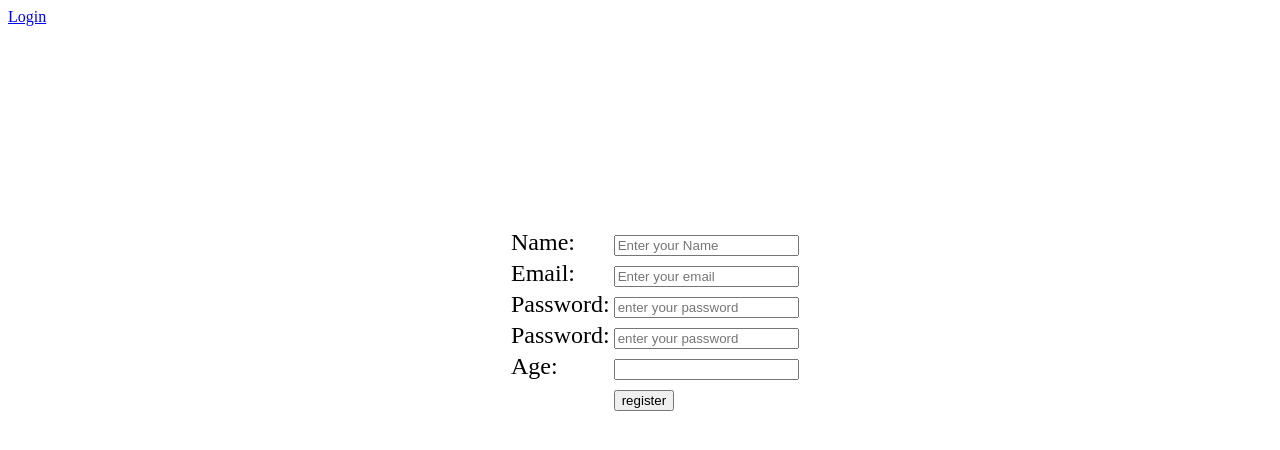
Repository: SagarPurumala/SagarPurumala_25_empwebapp
Page: empwebapp/src/main/webapp/addEmployee.html
The author's editor kept a copy of each file at every save. The page is drawn from the files as they stood at one save, then again after the next save.
The browser window is 1280 px wide. The pictures show the whole page.

Above is the page before, as saved 2020-06-19 11:12:07.

### empwebapp/src/main/webapp/addEmployee.html
<!DOCTYPE html>
<html>
<head>
<meta charset="ISO-8859-1">
<title>Registration Form</title>
</head>
<body>
<a href ="./login.html">Login</a>
	<form action = "./register" method="post" style="margin-top: 200px;margin-left: 500px; ">
	<table style="font-size: 24px">

	<tr>
	<td>Name:</td>
	<td><input name="name" type ="text" placeholder="Enter your Name"></td>
	</tr>

	<tr>
	<td>Email:</td>
	<td><input name="email" type ="text" placeholder="Enter your email"></td>
	</tr>


	<tr>
	<td>Password:</td>
	<td><input name="password" type ="password" placeholder="enter your password"></td>
	</tr>
	<tr>
	<td>Password:</td>
	<td><input name="password" type ="password" placeholder="enter your password"></td>
	</tr>
	<tr>
	<td>Age:</td>
	<td><input name="age" type ="number" ></td>
	</tr>

	<tr>
	<td></td>
	<td><input type="submit" value="register" ></td>
	</tr>
	</table></form>

</body>
</html>

After the next save:
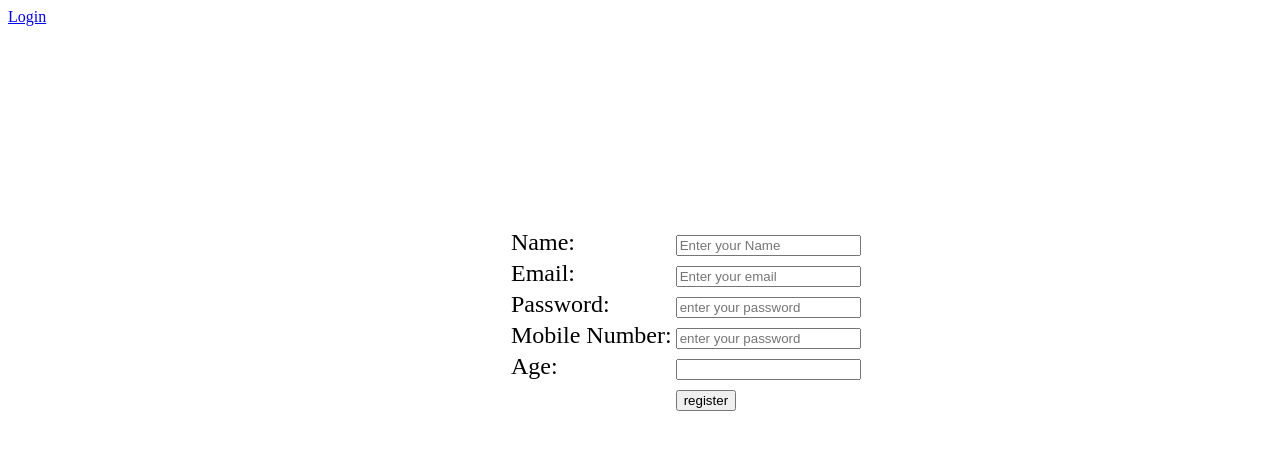
Saved 42 s later.
--- a/empwebapp/src/main/webapp/addEmployee.html
+++ b/empwebapp/src/main/webapp/addEmployee.html
@@ -25,8 +25,8 @@
 	<td><input name="password" type ="password" placeholder="enter your password"></td>
 	</tr>
 	<tr>
-	<td>Password:</td>
-	<td><input name="password" type ="password" placeholder="enter your password"></td>
+	<td>Mobile Number:</td>
+	<td><input name="mobile" type ="number" placeholder="enter your password"></td>
 	</tr>
 	<tr>
 	<td>Age:</td>
